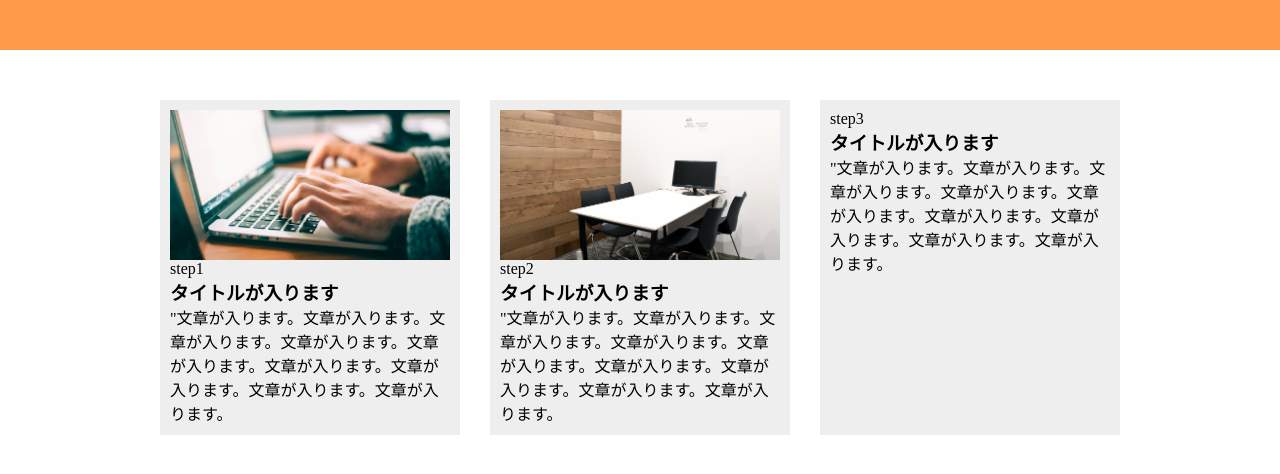
Repository: Yuya0829/HTML
Page: exercise/exercise9.html
The author's editor kept a record of every edit. The page is drawn from the files as they stood at one moment, then again after the next edit.
The browser window is 1280 px wide. The pictures show the whole page.

Above is the page before.

After the next edit:
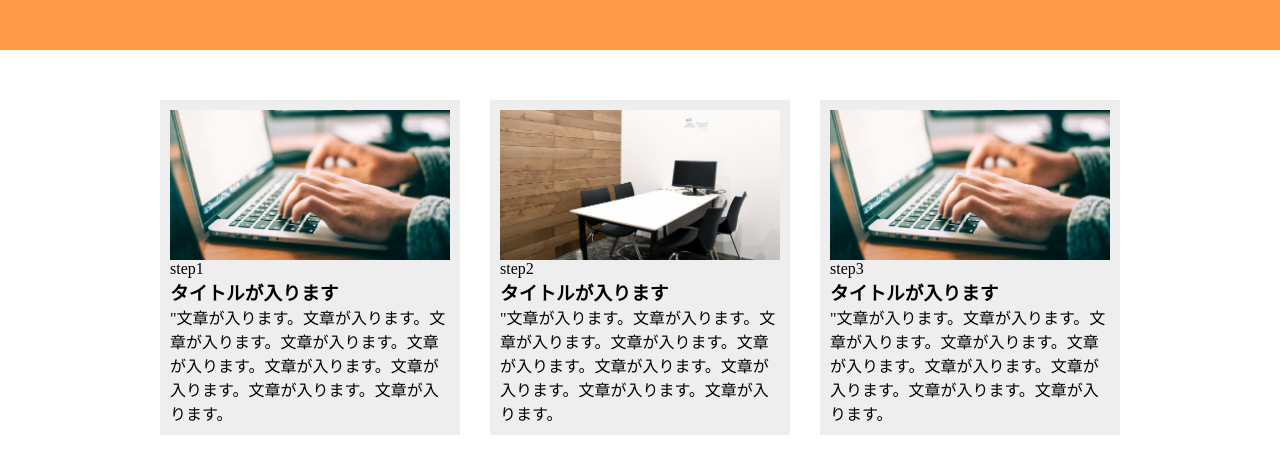
The edit:
--- a/exercise/exercise9.css
+++ b/exercise/exercise9.css
@@ -40,3 +40,10 @@ main {
   background-position: bottom;
   background-size: cover;
 }
+
+.step-img3 {
+  height: 150px;
+  background-image: url(img/flow01.png);
+  background-position: bottom;
+  background-size: cover;
+}
